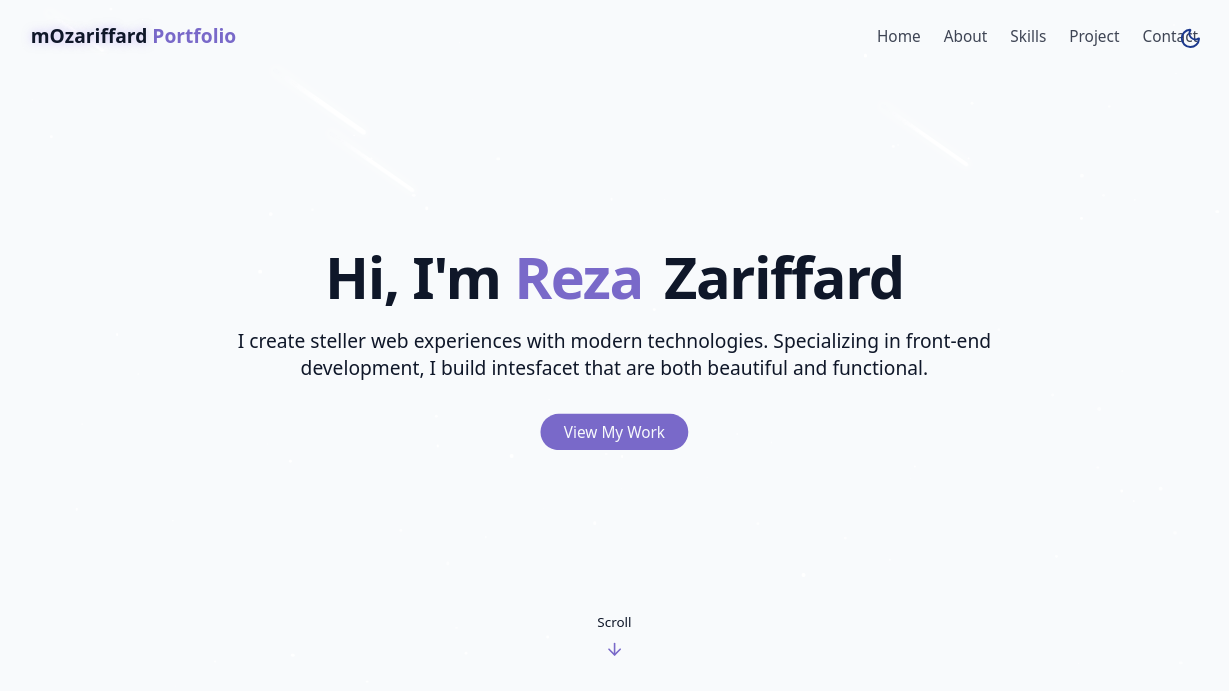
Repository: mOzariffard/Portfolio
Page: /
These files come from the project's save history. The page is drawn as it stood at one moment and after the next save; the edit follows.
The browser window is 1280 px wide. The pictures show the whole page, at 96% of full size.
The project was rebuilt for these pictures with package versions that can differ from the ones it lists, and the page was loaded fresh each time. Also part of the build but not shown: vite.config.js, src/pages/NotFound.jsx.

Above is the page before, as saved 2025-06-29 13:29:13.

### src/App.jsx
import  Home from "./pages/Home"
import { BrowserRouter, Route, Routes } from "react-router-dom"
import NotFound from "./pages/NotFound"


function App() {

  return (
    <>
    <BrowserRouter>
    <Routes>
      <Route index element={<Home />} />
      <Route path="*" element={<NotFound />} />
    </Routes>
    </BrowserRouter>
    </>
  )
}

export default App

### src/pages/Home.jsx
import React from 'react'
import ThemeToggle from '@/components/ThemeToggle'
import StartBackground from '@/components/StartBackground'
import Navbar from '@/components/Navbar'
import HeroSection from '@/components/HeroSection'
import AboutSection from '@/components/AboutSection'

const Home = () => {
  return (
    <div className='min-h-screen bg-background text-foreground overflow-x-hidden'>
        {/*----------------Theme Toggle----------------*/}
        <ThemeToggle />
        {/*----------------Background Effects----------------*/}
        <StartBackground/>
        {/*----------------Nav Bar----------------*/}
        <Navbar/>
        {/*----------------Main Content----------------*/}
        <main>
        <HeroSection />
        <AboutSection />
        </main>
        {/*----------------Footer----------------*/}


    </div>
  )
}

export default Home

### src/components/ThemeToggle.jsx
import React, { useEffect, useState } from 'react'
import { Sun, Moon } from 'lucide-react'
import { cn } from '@/lib/utils';
const ThemeToggle = () => {
    const [isDarkMode, setIsDarkMode]= useState(false);

    useEffect(()=>{
        const storedTheme= localStorage.getItem('theme');
        if(storedTheme=== 'dark'){
            setIsDarkMode(true);
            document.documentElement.classList.add('dark');
        }else{
            localStorage.setItem('theme', 'light');
            setIsDarkMode(false);
        }
    },[])
    const toggleTheme=()=>{
        if(isDarkMode){
            document.documentElement.classList.remove('dark');
            localStorage.setItem('theme', 'light');
            setIsDarkMode(false);
        }else{
            document.documentElement.classList.add('dark');
            localStorage.setItem('theme', 'dark');
            setIsDarkMode(true);
        }
    }
  return (
    <button onClick={toggleTheme} className={cn(
        "fixed max-sm:hidden top-5 right-5 z-50 p-2 rounded-full transition-colors duration-300",
        "focus:outline-hidden")}>
        {isDarkMode ? <Sun className='h-6 w-6 text-yellow-300'/> : <Moon className='h-6 w-6 text-blue-900' />}
    </button>
  )
}

export default ThemeToggle

### src/components/StartBackground.jsx
import React, { useEffect, useState } from 'react'

// START has
// ID , SIZE , X , Y , OPACITY , ANIMATION DURATION
// METEOR has
// ID , SIZE , X , Y , DELAY , DURATION

const StartBackground = () => {
    const [stars,setStars]=useState([]);
    const [meteors,setMeteors]=useState([]);

    useEffect(()=>{
        generateStars();
        generateMeteors();

        const handleResize = ()=>{
            generateStars();
        };

        window.addEventListener('resize', handleResize);

        return ()=> window.removeEventListener('resize', handleResize);

    },[])

    const generateStars = () =>{
        const numbersOfStars = Math.floor(window.innerWidth * window.innerHeight /10000);

        const newStars=[];

        for(let i=0; i<numbersOfStars; i++){
            newStars.push({
                id: i,
                size: Math.random()* 3 + 1,
                x: Math.random()*100 ,
                y:  Math.random()*100,
                opacity: Math.random()*0.5 +0.5 ,
                animationDuration: Math.random()*4+2 ,
            });
        }

        setStars(newStars);
    };

    const generateMeteors = () =>{
        const numbersOfMeteors = 4;

        const newMeteors=[];

        for(let i=0; i<numbersOfMeteors; i++){
            newMeteors.push({
                id: i,
                size: Math.random()* 2 + 1,
                x: Math.random()* 100 ,
                y:  Math.random()* 20,
                delay: Math.random()* 15 ,
                animationDuration: Math.random()*3+3 ,
            });
        }

        setMeteors(newMeteors);
    };


  return (
    <div className='fixed inset-0 overflow-hidden pointer-events-none z-0 '>
        {stars.map((star)=>(
            <div
            key={star.id}
                className='star animate-pluse-subtle' style={{
                width:`${star.size}px` ,
                height: `${star.size}px`,
                left: `${star.x}%`,
                top: `${star.y}%`,
                opacity:`${star.opacity}` ,
                animationDuration: `${star.animationDuration}s`
            }} />
        ))}

        {meteors.map((meteor)=>(
            <div
            className='meteor animate-meteor'
            key={meteor.id}
            style={{
                width: `${meteor.size* 50}px`,
                height: `${meteor.size * 2}px`,
                left: `${meteor.x}%`,
                top: `${meteor.y}%`,
                animationDelay: `${meteor.delay}`,
                animationDuration: `${meteor.duration}s`
            }}
            />
        ))}
    </div>
  )
}

export default StartBackground

### src/components/Navbar.jsx
import React, { useState, useEffect } from 'react';
import { cn } from '@/lib/utils';
import { X , Menu } from 'lucide-react';

const navItems = [
    { name: 'Home', href: '#hero' },
    { name: 'About', href: '#about' },
    { name: 'Skills', href: '#skills' },
    { name: 'Project', href: '#project' },
    { name: 'Contact', href: '#contact' },
];

const Navbar = () => {
    const [isScrolled, setIsScrolled] = useState(false);
    const [isMenuOpen, setIsMenuOpen] = useState(false);

    useEffect(() => {
        const handleScroll = () => {
            setIsScrolled(window.scrollY > 10);
        };

        window.addEventListener('scroll', handleScroll);

        return () => window.removeEventListener('scroll', handleScroll);
    }, []);

    return (
        <nav
            className={cn(
                'fixed w-full z-40 transition-all duration-300',
                isScrolled ? 'py-3 bg-background/80 backdrop-blur-md shadow-xs' : 'py-6'
            )}
        >
            <div className="container flex items-center justify-between">
                <a href="#hero" className="text-xl font-bold text-primary flex items-center">
                    <span className="relative z-10">
                        <span className="text-glow text-foreground">mOzariffard</span> Portfolio
                    </span>
                </a>

                {/* DESKTOP NAV */}
                <div className="hidden md:flex space-x-6">
                    {navItems.map((item, key) => (
                        <a
                            key={key}
                            href={item.href}
                            className="text-foreground/80 hover:text-primary transition-colors duration-300"
                        >
                            {item.name}
                        </a>
                    ))}
                </div>

                {/* MOBILE NAV */}
                <button onClick={() => setIsMenuOpen((prev)=> !prev)}
                className='md:hidden p-2 text-foreground z-50'
                aria-label={!isMenuOpen ? 'Close Menu': 'Open Menu'}
                >
                {isMenuOpen ? <X size={24} /> : <Menu size={24} />}
                </button>

                <div
                    className={cn(
                        'fixed inset-0 bg-background/90 backdrop-blur-md z-40 flex flex-col items-center justify-center',
                        'transition-all duration-300 md:hidden',
                        isMenuOpen ? 'opacity-100 pointer-events-auto' : 'opacity-0 pointer-events-none'
                    )}
                >
                    <div className="flex flex-col space-y-8 text-xl">
                        {navItems.map((item, key) => (
                            <a
                                key={key}
                                href={item.href}
                                className="text-foreground/80 hover:text-primary transition-colors duration-300"
                                onClick={() => setIsMenuOpen(false)}
                            >
                                {item.name}
                            </a>
                        ))}
                    </div>
                </div>
            </div>
        </nav>
    );
};

export default Navbar;

### src/components/HeroSection.jsx
import { ArrowDown } from 'lucide-react'
import React from 'react'

const HeroSection = () => {
  return (
    <section className='relative min-h-screen flex flex-col items-center justify-center px-4'>
        <div className='container max-w-4xl mx-auto text-center z-10'>
            <div className='space-y-6'>
                <h1 className='text-4xl md:text-6xl font-bold tracking-tight'>
                <span className='opacity-0 animate-fade-in' >Hi, I'm</span>
                <span className='text-primary opacity-0 animate-fade-in-delay-1'> Reza</span>
                <span className='text-gradient ml-2 opacity-0 animate-fade-in-delay-2'> Zariffard</span>
                </h1>
                <p className='text-lg md:text-xl text-muted-foreground max-2-2xl mx-auto opacity-0 animate-fade-in-delay-3'>
                    I create steller web experiences with modern technologies.
                    Specializing in front-end development, I build intesfacet
                    that are both beautiful and functional.
                </p>
                <div className='pt-4 opacity-0 animate-fade-in-delay-4'>
                    <a href="#projects" className='cosmic-button'> View My Work</a>
                </div>
            </div>
        </div>

        <div className='absolute bottom-8 left-1/2 transform -translate-x-1/2 flex flex-col items-center animate-bounce'>
        <span className='text-sm text-muted-forgeround mb-2'> Scroll</span>
        <ArrowDown className='h-5 w-5 text-primary'/>
        </div>
    </section>
  )
}

export default HeroSection

### src/components/AboutSection.jsx
import React from 'react'

const AboutSection = () => {
  return (
    <section id='about'>

    </section>
  )
}

export default AboutSection

### src/lib/utils.js
import {clsx} from 'clsx';
import { twMerge } from 'tailwind-merge';



export const cn= (...inputs)=>{
    return twMerge(clsx(inputs));
}

Loaded but not shown: index.html (common file); src/main.jsx (common file); src/index.css (common file)

After the next save:
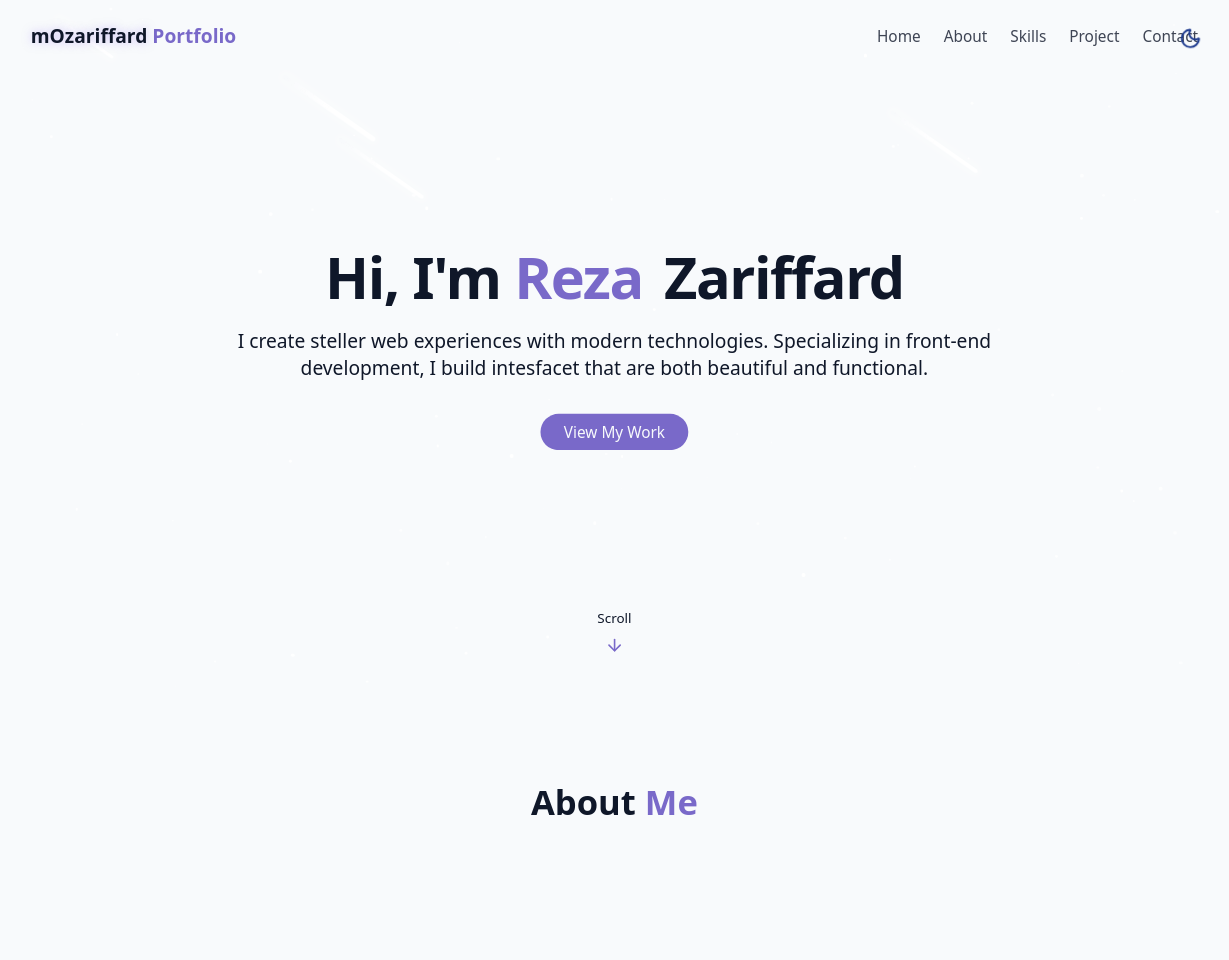
Saved 62 min 2 s later.
--- a/src/components/AboutSection.jsx
+++ b/src/components/AboutSection.jsx
@@ -2,8 +2,12 @@ import React from 'react'
 
 const AboutSection = () => {
   return (
-    <section id='about'>
-
+    <section id='about' className='py-24 px-4 relative'>
+      <div className='container mx-auto max-w-5xl'>
+        <div className='text-3xl md:text-4xl font-bold mb-12 text-center'>
+          About <span className='text-primary'>Me</span>
+        </div>
+      </div>
     </section>
   )
 }
